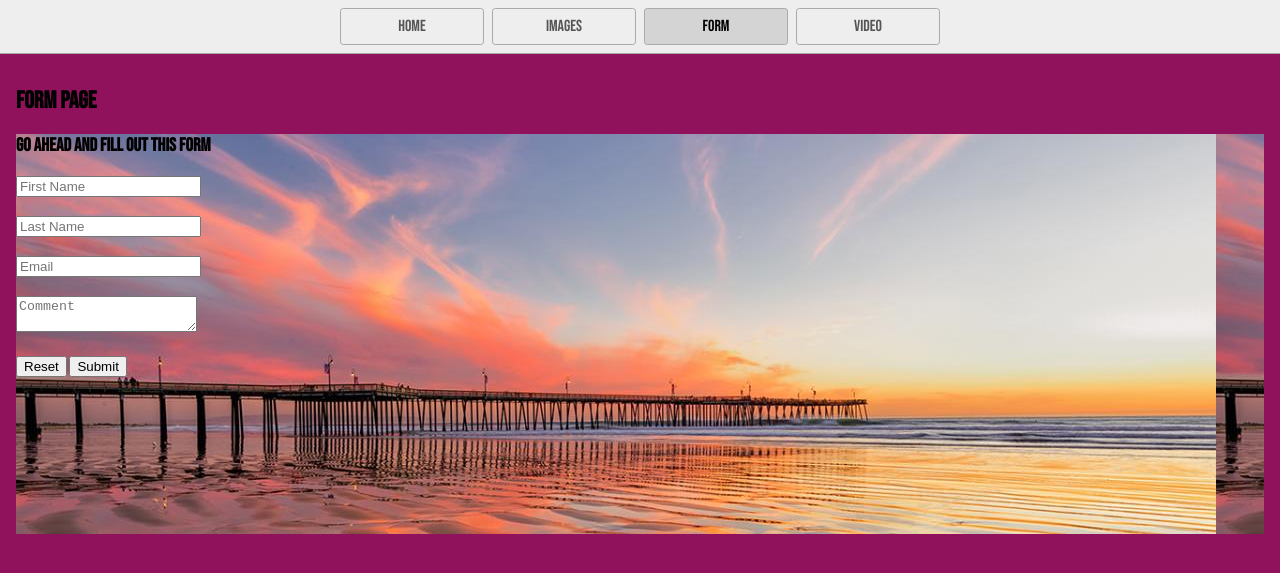
Repository: sebas6292/palmTree-Final
Page: Form.html
These files come from the project's save history. The page is drawn as it stood at one moment and after the next save; the edit follows.
The browser window is 1280 px wide. The pictures show the whole page.

Above is the page before, as saved 2023-05-28 12:19:38.

After the next save:
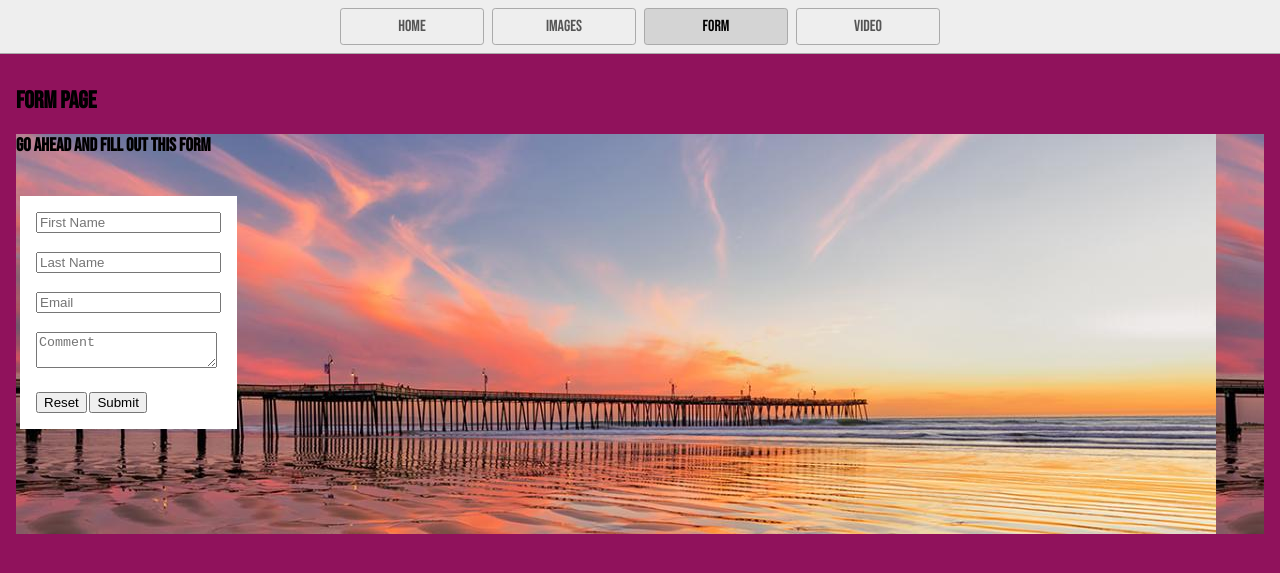
Saved 108 s later.
--- a/styles.css
+++ b/styles.css
@@ -61,6 +61,15 @@
     height: 400px;
   }
 
+  .form-container {
+    position: absolute;
+    left: 0;
+    margin: 20px;
+    max-width: 300px;
+    padding: 16px;
+    background-color: white;
+  }
+
   .btn:hover {
     background-color: whitesmoke;
     color: red
